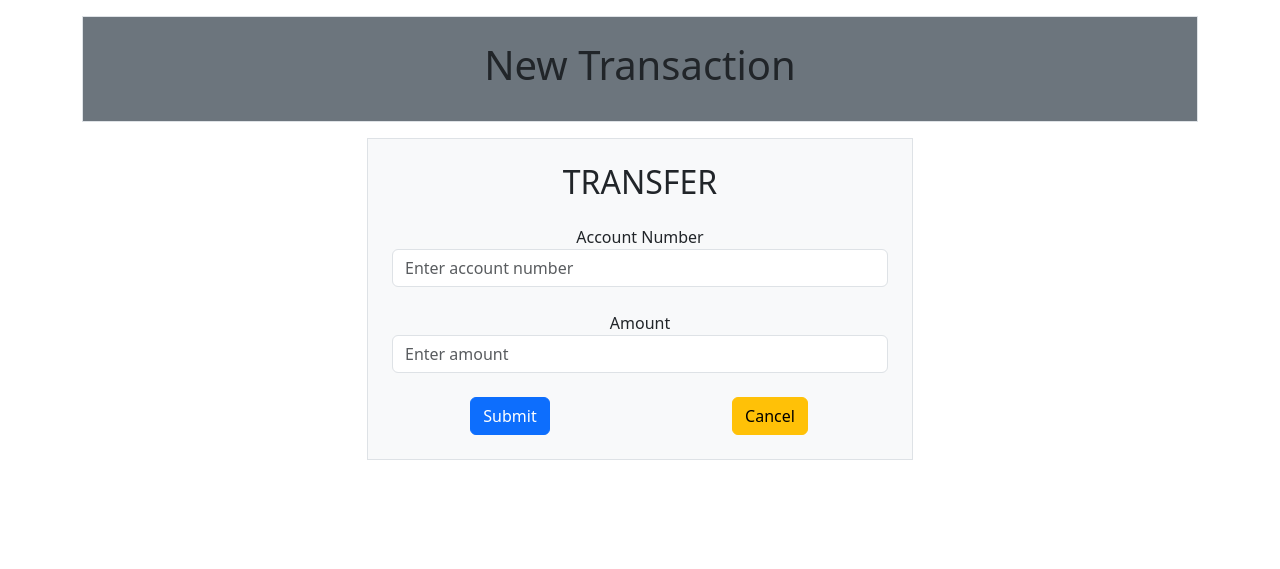
Repository: shivamaninalla/Bank-Application-JSP
Page: http://localhost/BankApplicationWebsite/new-transaction.jsp
The author's editor kept a copy of each file at every save. The page is drawn from the files as they stood at one save, then again after the next save.
The browser window is 1280 px wide. The pictures show the whole page.
The page is served by Tomcat 9. Other server files are loaded and not shown.

Above is the page before, as saved 2024-07-21 13:19:19.

### BankApplicationWebsite/WebContent/new-transaction.jsp
<%@ page language="java" contentType="text/html; charset=UTF-8"
	pageEncoding="UTF-8"%>

<%@include file="includes/taglibs.jsp"%>
<!DOCTYPE html>
<html>
<head>
<meta charset="UTF-8">
<title>New Transaction</title>
<%@include file="includes/bootstrapcss.jsp"%>
</head>
<body>
	<div class="container mt-3">
		<div class="row justify-content-center">
			<div class="col-12">
				<div class="p-4 border bg-secondary text-center">
					<h1>New Transaction</h1>
				</div>
			</div>
		</div>
		<div class="row justify-content-center mt-3">
			<div class="col-lg-6">
				<div class="p-4 border bg-light text-center">
					<h2 class="mb-4">TRANSFER</h2>
					<!-- Added margin-bottom for more space -->
					<form action="user-function" method="post">
						<input type="hidden" name="command" value="make-transaction" />
						<div class="form-group mb-4">
							<!-- Added margin-bottom for more space -->
							<label for="accountNumber">Account Number</label> <input
								type="text" class="form-control" id="accountNumber"
								placeholder="Enter account number"
								name="receiver-account-number">
						</div>
						<div class="form-group mb-4">
							<!-- Added margin-bottom for more space -->
							<label for="amount">Amount</label> <input type="text"
								class="form-control" id="amount" placeholder="Enter amount"
								name="transfer-amount">
						</div>

						<div class="form-group row mt-4">
							<div class="col text-center">
								<button type="submit" class="btn btn-primary">Submit</button>
							</div>
							<div class="col text-center">
								<button type="reset" class="btn btn-warning" name="command"
									value="cancel">Cancel</button>
							</div>
						</div>
					</form>
				</div>
			</div>
		</div>
	</div>
</body>
</html>

### BankApplicationWebsite/WebContent/includes/taglibs.jsp
<%@ taglib uri="http://java.sun.com/jsp/jstl/core" prefix="c"%>
<%@ taglib uri="http://java.sun.com/jsp/jstl/functions" prefix="fn"%>

### BankApplicationWebsite/WebContent/includes/bootstrapcss.jsp
<link href="https://cdn.jsdelivr.net/npm/bootstrap@5.3.3/dist/css/bootstrap.min.css" rel="stylesheet" integrity="sha384-QWTKZyjpPEjISv5WaRU9OFeRpok6YctnYmDr5pNlyT2bRjXh0JMhjY6hW+ALEwIH" crossorigin="anonymous" />

Loaded but not shown: BankApplicationWebsite/WebContent/includes/bootstrapjs.jsp (common file)

After the next save:
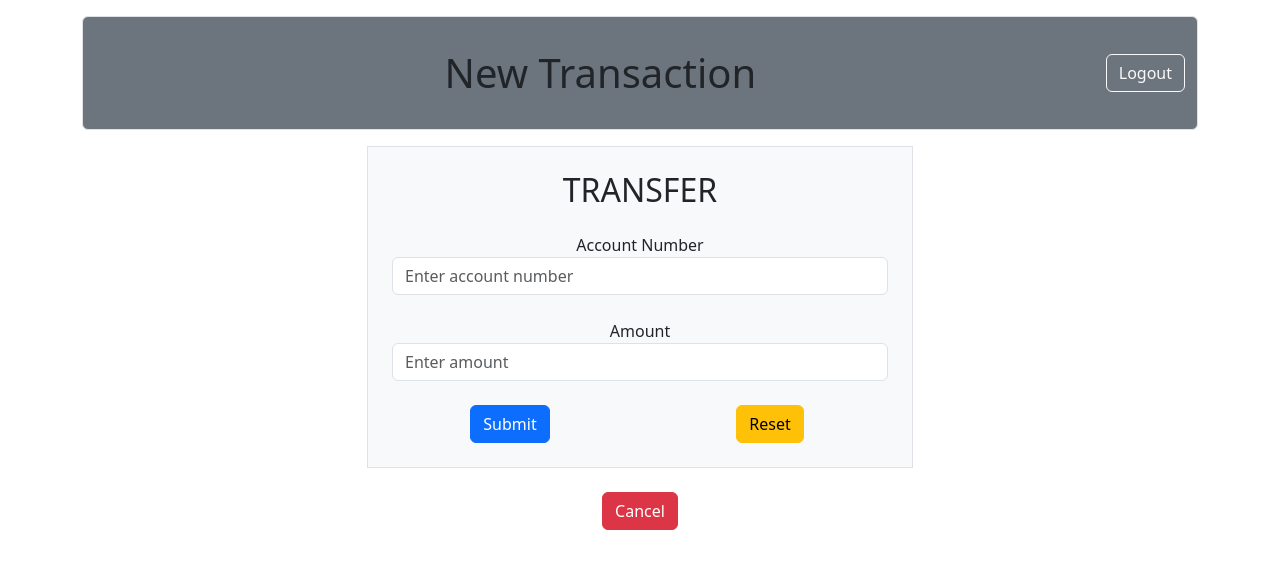
Saved 18 s later.
--- a/BankApplicationWebsite/WebContent/new-transaction.jsp
+++ b/BankApplicationWebsite/WebContent/new-transaction.jsp
@@ -11,47 +11,73 @@
 </head>
 <body>
 	<div class="container mt-3">
-		<div class="row justify-content-center">
-			<div class="col-12">
-				<div class="p-4 border bg-secondary text-center">
-					<h1>New Transaction</h1>
+		<nav class="navbar bg-secondary mt-3 border rounded">
+			<div
+				class="container-fluid d-flex justify-content-between align-items-center">
+				<div class="d-flex flex-grow-1 justify-content-center p-4">
+					<h1 class="mb-0">New Transaction</h1>
 				</div>
+				<form action="logout" method="get" class="mb-0">
+					<div class="form-group row">
+						<div class="col text-end">
+							<button type="submit" class="btn btn-outline-light">Logout</button>
+						</div>
+					</div>
+				</form>
 			</div>
-		</div>
+		</nav>
+
+		<c:if test="${not empty message}">
+			<div
+				class="alert alert-primary alert-dismissible fade show w-50 mx-auto my-3"
+				role="alert">
+				${message}
+				<button type="button" class="btn-close" data-bs-dismiss="alert"
+					aria-label="Close"></button>
+			</div>
+		</c:if>
+
 		<div class="row justify-content-center mt-3">
 			<div class="col-lg-6">
 				<div class="p-4 border bg-light text-center">
 					<h2 class="mb-4">TRANSFER</h2>
-					<!-- Added margin-bottom for more space -->
 					<form action="user-function" method="post">
 						<input type="hidden" name="command" value="make-transaction" />
 						<div class="form-group mb-4">
-							<!-- Added margin-bottom for more space -->
 							<label for="accountNumber">Account Number</label> <input
 								type="text" class="form-control" id="accountNumber"
 								placeholder="Enter account number"
 								name="receiver-account-number">
 						</div>
 						<div class="form-group mb-4">
-							<!-- Added margin-bottom for more space -->
 							<label for="amount">Amount</label> <input type="text"
 								class="form-control" id="amount" placeholder="Enter amount"
 								name="transfer-amount">
 						</div>
-
 						<div class="form-group row mt-4">
 							<div class="col text-center">
 								<button type="submit" class="btn btn-primary">Submit</button>
 							</div>
 							<div class="col text-center">
 								<button type="reset" class="btn btn-warning" name="command"
-									value="cancel">Cancel</button>
+									value="cancel">Reset</button>
 							</div>
 						</div>
 					</form>
 				</div>
 			</div>
 		</div>
+
+		<form action="user" method="get">
+			<div class="form-group row mt-4">
+				<div class="col text-center">
+					<button type="submit" name="customer-function" value=""
+						class="btn btn-danger">Cancel</button>
+				</div>
+			</div>
+		</form>
 	</div>
+
+	<%@include file="includes/bootstrapjs.jsp"%>
 </body>
 </html>
